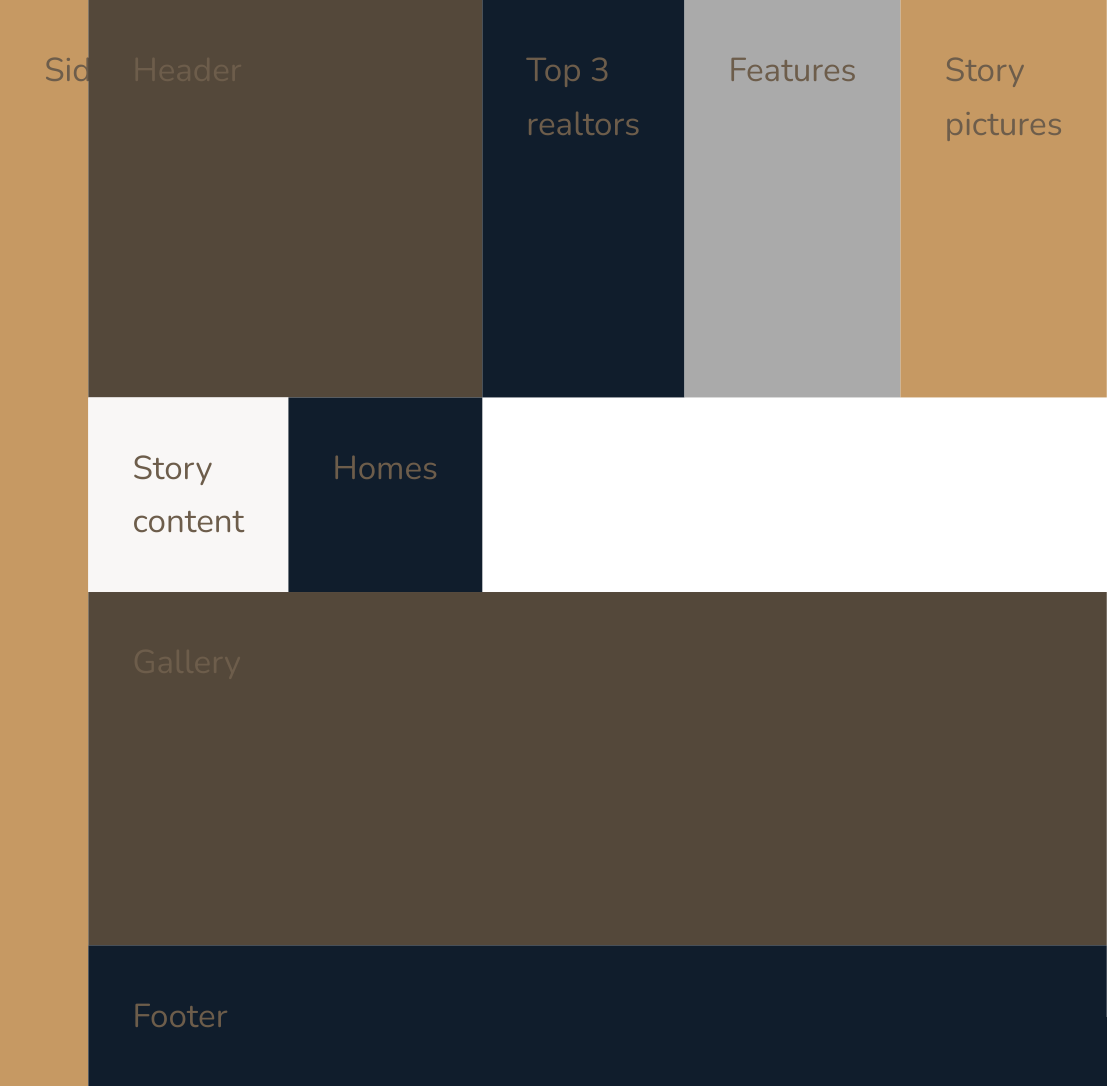
Repository: achwesiuk/nexter
Page: index.html
These files come from the project's save history. The page is drawn as it stood at one moment and after the next save; the edit follows.
The browser window is 1280 px wide. The page is 1604 px wide, then 1314 px, so the pictures cover 1604 px, including what lies to the right of the window. The pictures show the whole page, at 69% of full size.
The style sheet was rebuilt from its Sass, Less or Tailwind sources for each picture, by a compiler version that may differ from the author's.

Above is the page before, as saved 2021-02-19 14:27:41.

After the next save:
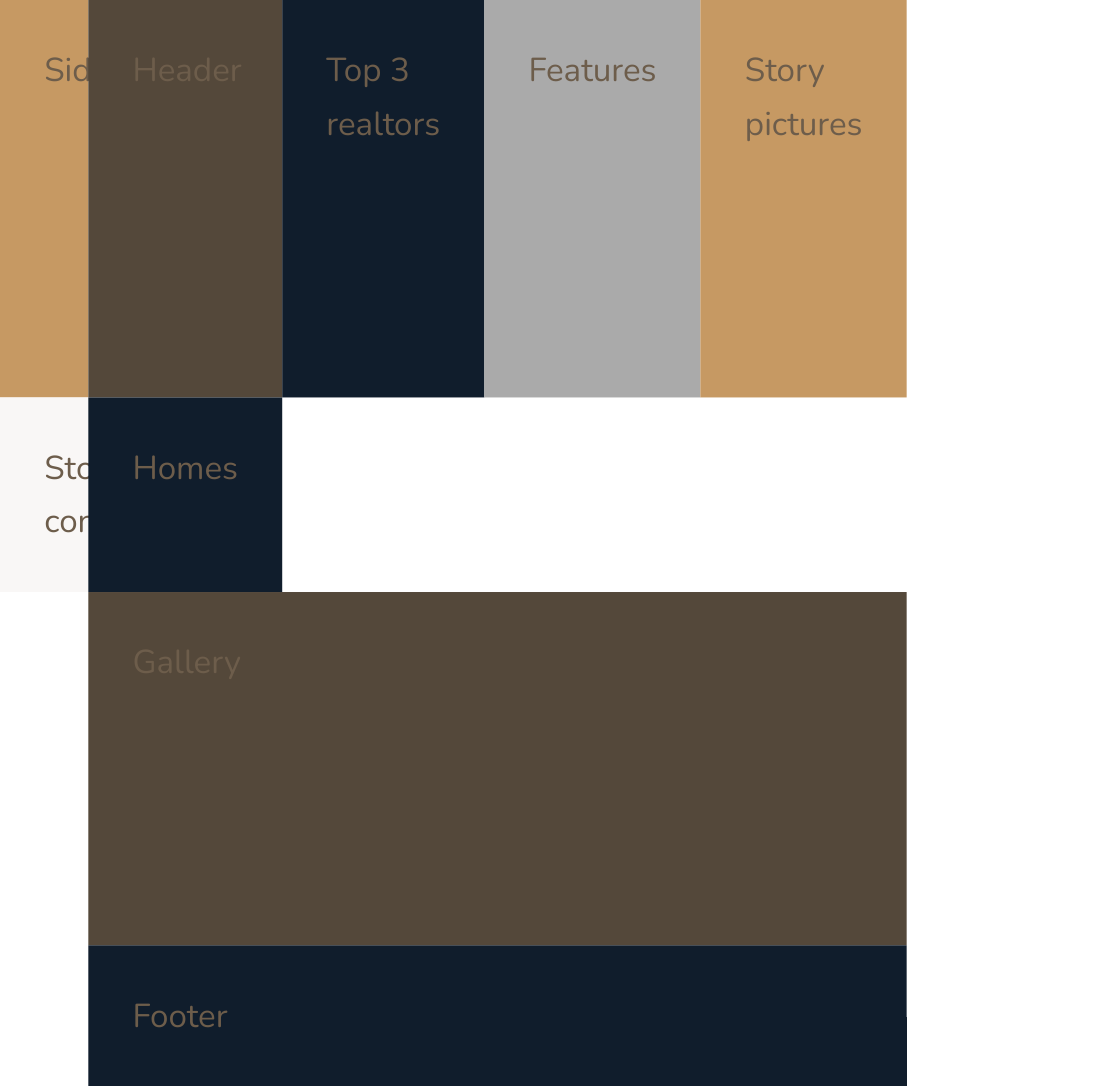
Saved 18 s later.
--- a/sass/_sidebar.scss
+++ b/sass/_sidebar.scss
@@ -1,5 +1,5 @@
 .sidebar {
     background-color: $color-primary;
-    grid-column: sidebar-start / sidebar-end;
-    grid-row: 1 / -1;
+    //grid-column: sidebar-start / sidebar-end;
+    //grid-row: 1 / -1;
 }
